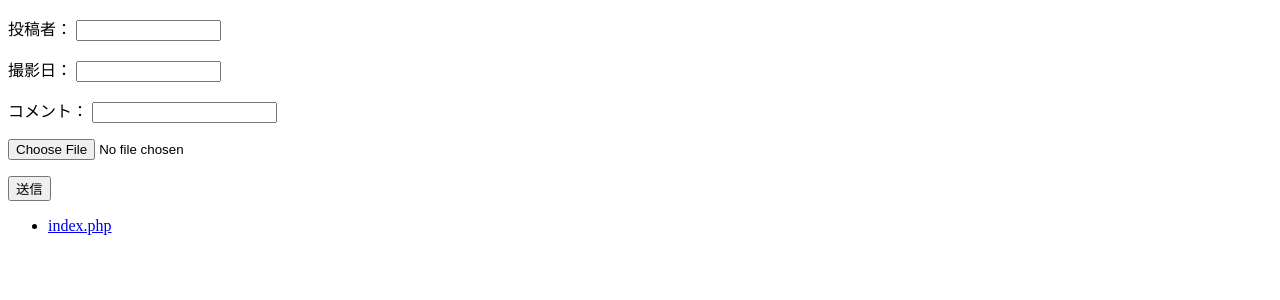
Repository: daidai0602/gs_kadai_questionnaire
Page: http://localhost/post.php
An editor plug-in stored every save of this project. The page is shown before and after the next save, followed by the edit.
The browser window is 1280 px wide. The pictures show the whole page.
The page is run by PHP 8.4 with error messages shown; the project is at /var/www/html/.

Above is the page before, as saved 2023-11-15 13:32:55.

### post.php
<!DOCTYPE html>
<html lang="ja">
<head>
  <meta charset="UTF-8">
  <title>Document</title>
</head>
<body>
  <form action="write.php" method="post">
    <p>投稿者： <input type="text" name="name" size="15"></p>
    <p>撮影日： <input type="text" name="name" size="15"></p>
    <p>コメント： <input type="text" name="mail" size="20" ></p>
    <p><input type="file" value="photo"></p>
    <p><input type="submit" value="送信"></p>
  </form>
  <ul>
    <li><a href="index.php">index.php</a></li>
  </ul>
</body>
</html>

After the next save:
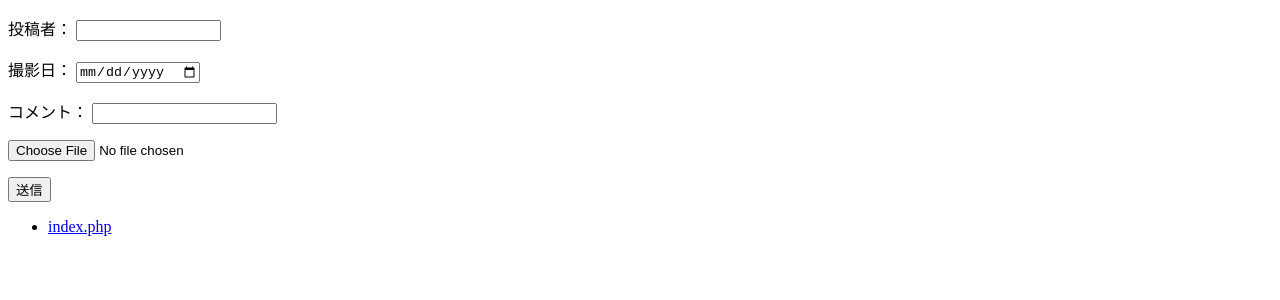
Saved 84 s later.
--- a/post.php
+++ b/post.php
@@ -7,7 +7,7 @@
 <body>
   <form action="write.php" method="post">
     <p>投稿者： <input type="text" name="name" size="15"></p>
-    <p>撮影日： <input type="text" name="name" size="15"></p>
+    <p>撮影日： <input type="date" name="name" size="15"></p>
     <p>コメント： <input type="text" name="mail" size="20" ></p>
     <p><input type="file" value="photo"></p>
     <p><input type="submit" value="送信"></p>
